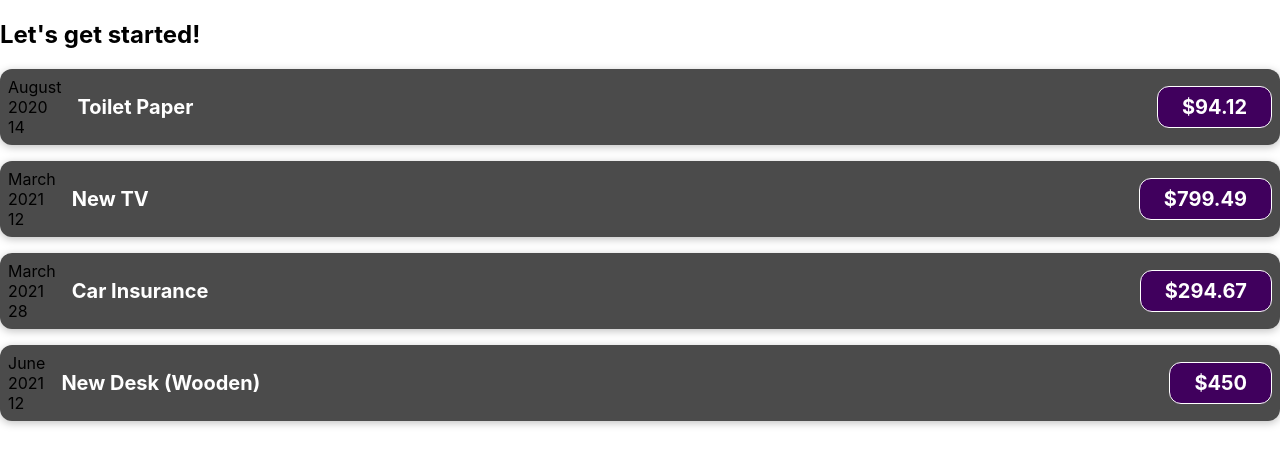
Repository: masamichan/react-complete-guide
Page: /
An editor plug-in stored every save of this project. The page is shown before and after the next save, followed by the edit.
The browser window is 1280 px wide. The pictures show the whole page.
The project was rebuilt for these pictures with package versions that can differ from the ones it lists, and the page was loaded fresh each time. Also part of the build but not shown: src/App.css.

Above is the page before, as saved 2023-03-26 11:44:22.

After the next save:
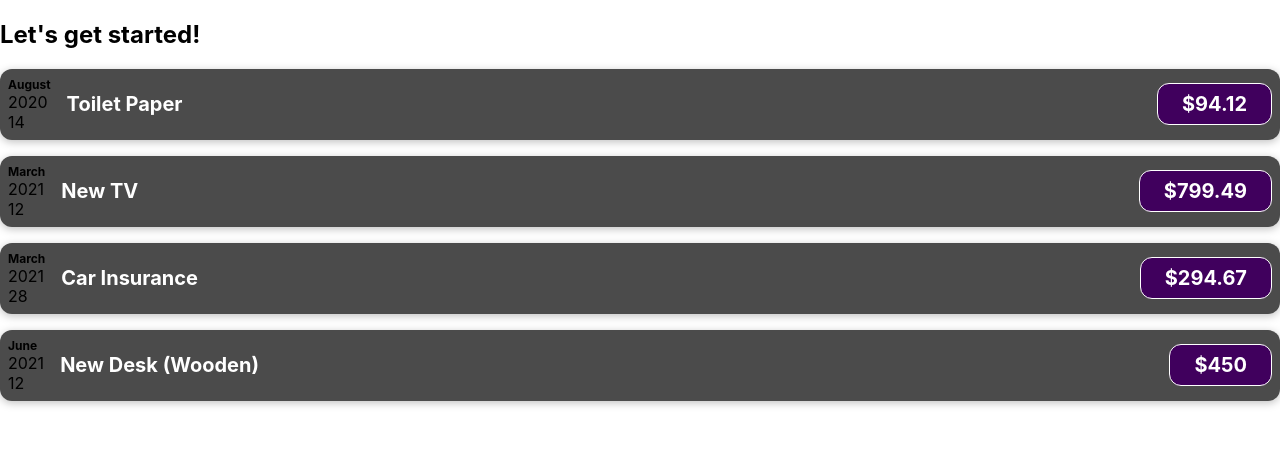
Saved 3 min 6 s later.
--- a/src/components/ExpenseDate.js
+++ b/src/components/ExpenseDate.js
@@ -6,10 +6,10 @@ function ExpenseDate(props) {
   const year = props.date.getFullYear();
 
   return (
-    <div>
-      <div>{month}</div>
-      <div>{year}</div>
-      <div>{day}</div>
+    <div className="expense--date">
+      <div className="expense-date__month">{month}</div>
+      <div className="expense--date__year">{year}</div>
+      <div className="expense--date__day">{day}</div>
     </div>
   );
 }
